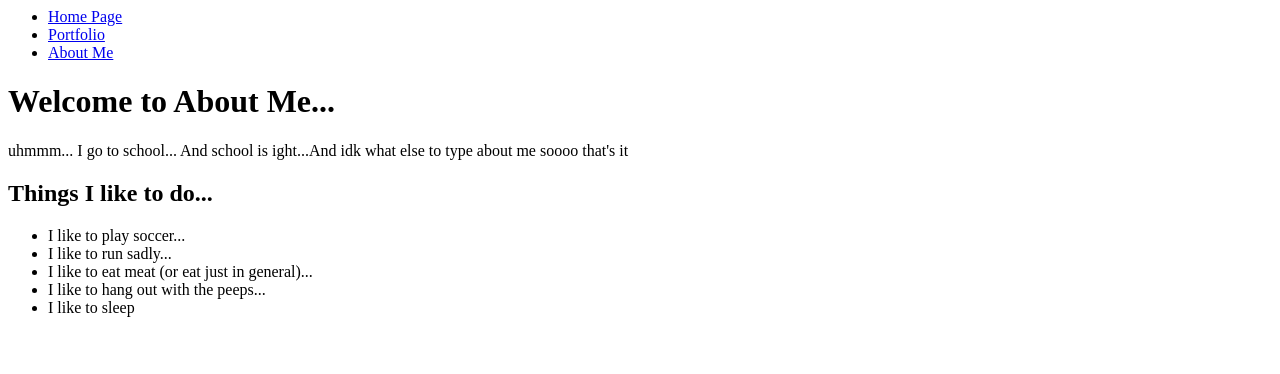
Repository: LilHel21/LillianRod.github.io
Page: about-me.html
The author's editor kept a record of every edit. The page is drawn from the files as they stood at one moment, then again after the next edit.
The browser window is 1280 px wide. The pictures show the whole page.

Above is the page before.

### about-me.html
<html>
    <head>
        <title>BOOOOOP!</title>

        <style>

        </style>

    </head>

    <body>
        <ul>
            <li><a href="index.html">Home Page</a></li>
            <li><a href="portfolio.html">Portfolio</a></li>
            <li><a href="about-me.html">About Me</a></li>
        </ul>

        <h1>Welcome to About Me...</h1>

        <p>uhmmm... I go to school... And school is ight...And idk what else to
        type about me soooo that's it </p>

        <h2>Things I like to do...</h2>
            <ul>
                <li>I like to play soccer...</li>
                <li>I like to run sadly...</li>
                <li>I like to eat meat (or eat just in general)...</li>
                <li>I like to hang out with the peeps...</li>
                <li>I like to sleep</li>
            </ul>
    </body>



</html>

After the next edit:
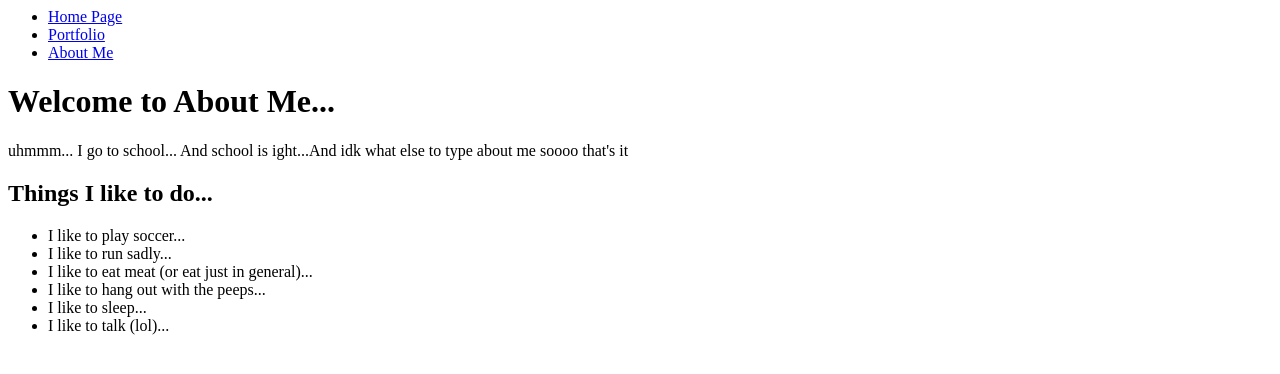
The edit:
--- a/about-me.html
+++ b/about-me.html
@@ -26,7 +26,8 @@
                 <li>I like to run sadly...</li>
                 <li>I like to eat meat (or eat just in general)...</li>
                 <li>I like to hang out with the peeps...</li>
-                <li>I like to sleep</li>
+                <li>I like to sleep...</li>
+                <li>I like to talk (lol)...</li>
             </ul>
     </body>
 
